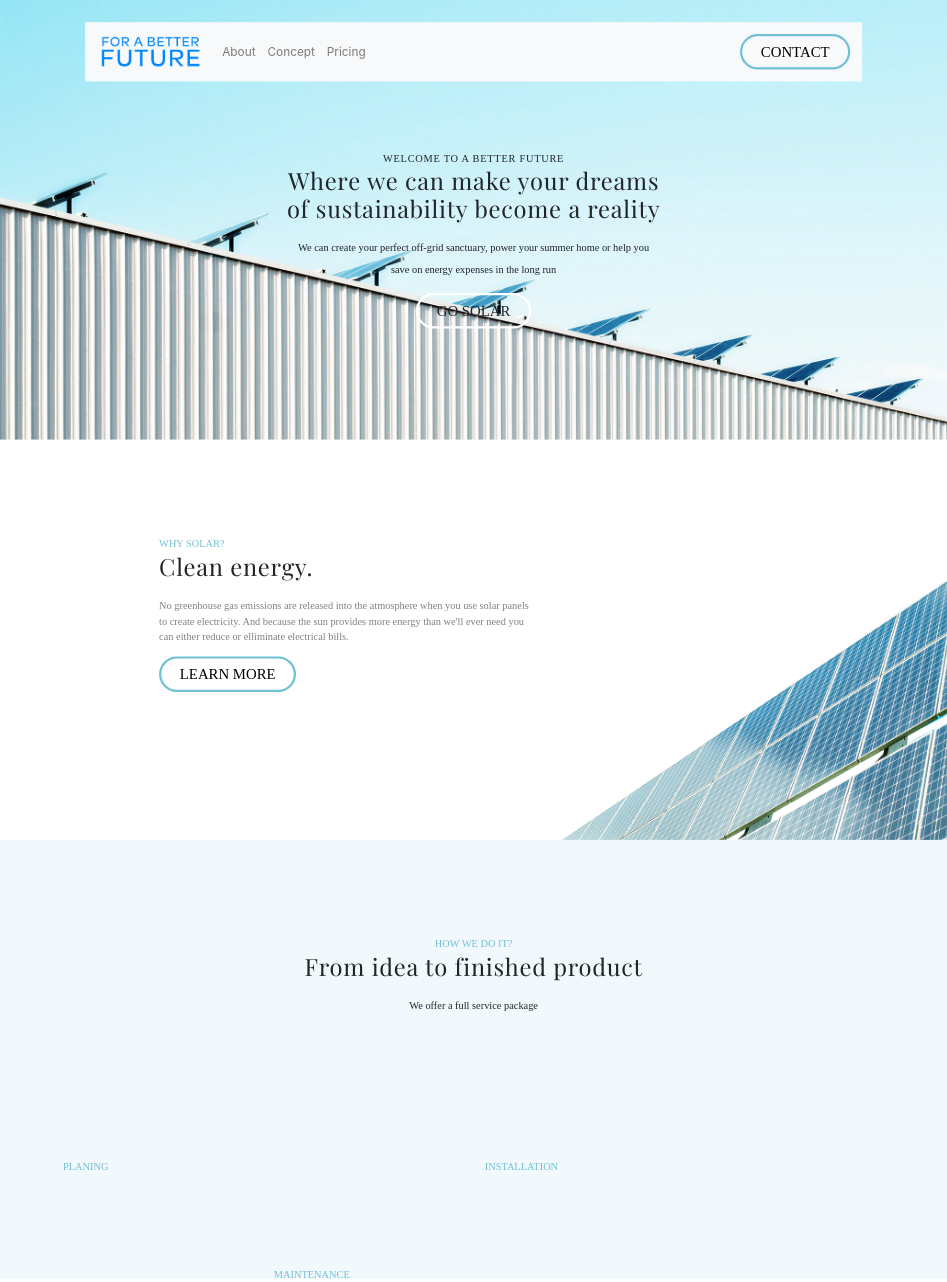
Repository: sabinemm/fabf
Page: index.html
The author's editor kept a record of every edit. The page is drawn from the files as they stood at one moment, then again after the next edit.
The browser window is 1280 px wide. The pictures show the whole page, at 74% of full size.
Backgrounds fixed to the window are drawn as part of the page. Some web fonts or font styles are not loaded; a fallback is used.

Above is the page before.

After the next edit:
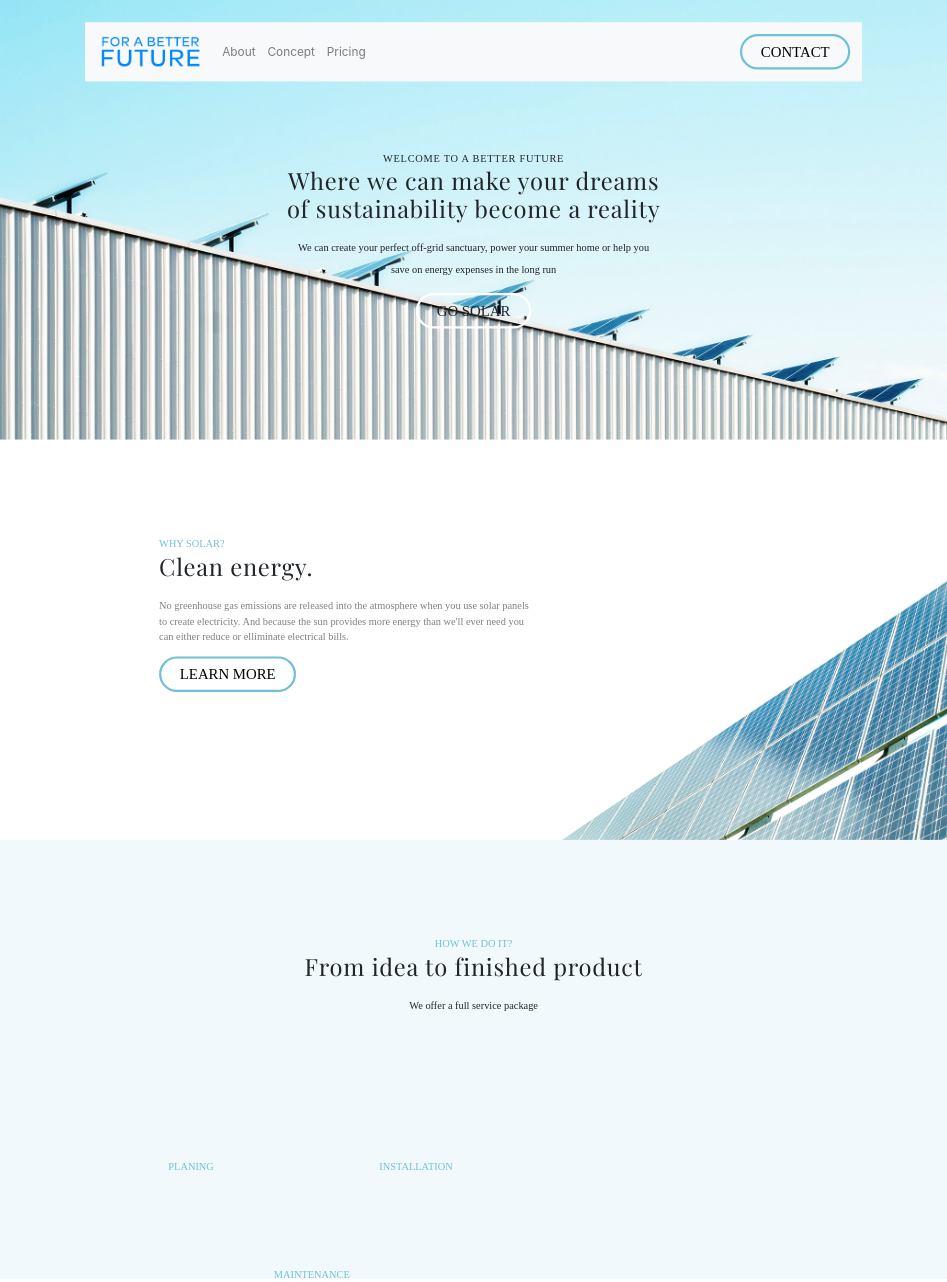
The edit:
--- a/index.html
+++ b/index.html
@@ -91,7 +91,7 @@
         </div>
         <div class="container idea-table">
             <div class="row justify-content-center">
-                <div class=" col-3 col-sm-6 ">
+                <div class=" col-3  ">
                      <p class="uppercase stitle stitle-blue">PLANING</p>
                 </div>
                 <div class="col-3 col-sm-6 ">
